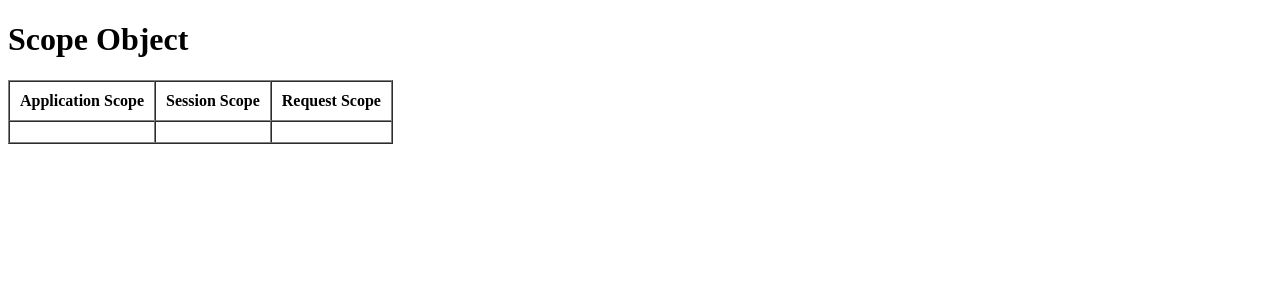
Repository: hnineiphyu-128/JavaEE_Exeercise_Lession
Page: http://localhost/04-jsp-scope/
These files come from the project's save history. The page is drawn as it stood at one moment and after the next save; the edit follows.
The browser window is 1280 px wide. The pictures show the whole page.
The page is served by Tomcat 9. Other server files are loaded and not shown.

Above is the page before, as saved 2020-12-16 09:16:50.

### 04-jsp-scope/src/main/webapp/index.jsp
<%@ page language="java" contentType="text/html; charset=ISO-8859-1"
    pageEncoding="ISO-8859-1"%>
<!DOCTYPE html>
<html>
<head>
<meta charset="ISO-8859-1">
<title>Insert title here</title>
</head>
<body>
	<h1> Scope Object </h1>
	<table border="1" cellspacing="0" cellpadding="10">
		<thead>
			<tr>
				<th> Application Scope </th>
				<th> Session Scope </th>
				<th> Request Scope </th>
			</tr>
		</thead>
		<tbody>
			<tr>
				<td></td>
				<td></td>
				<td></td>
			</tr>
		</tbody>
	</table>

</body>
</html>

After the next save:
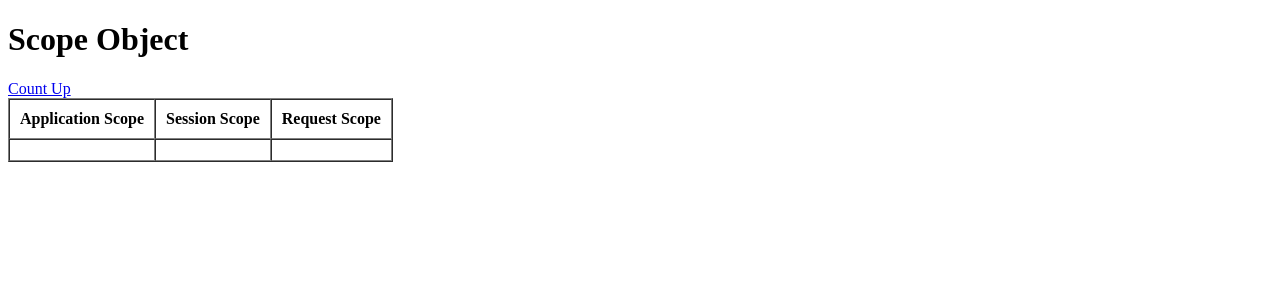
Saved 3 min 27 s later.
--- a/04-jsp-scope/src/main/webapp/index.jsp
+++ b/04-jsp-scope/src/main/webapp/index.jsp
@@ -8,6 +8,7 @@
 </head>
 <body>
 	<h1> Scope Object </h1>
+	<a href="/count"> Count Up </a>
 	<table border="1" cellspacing="0" cellpadding="10">
 		<thead>
 			<tr>
